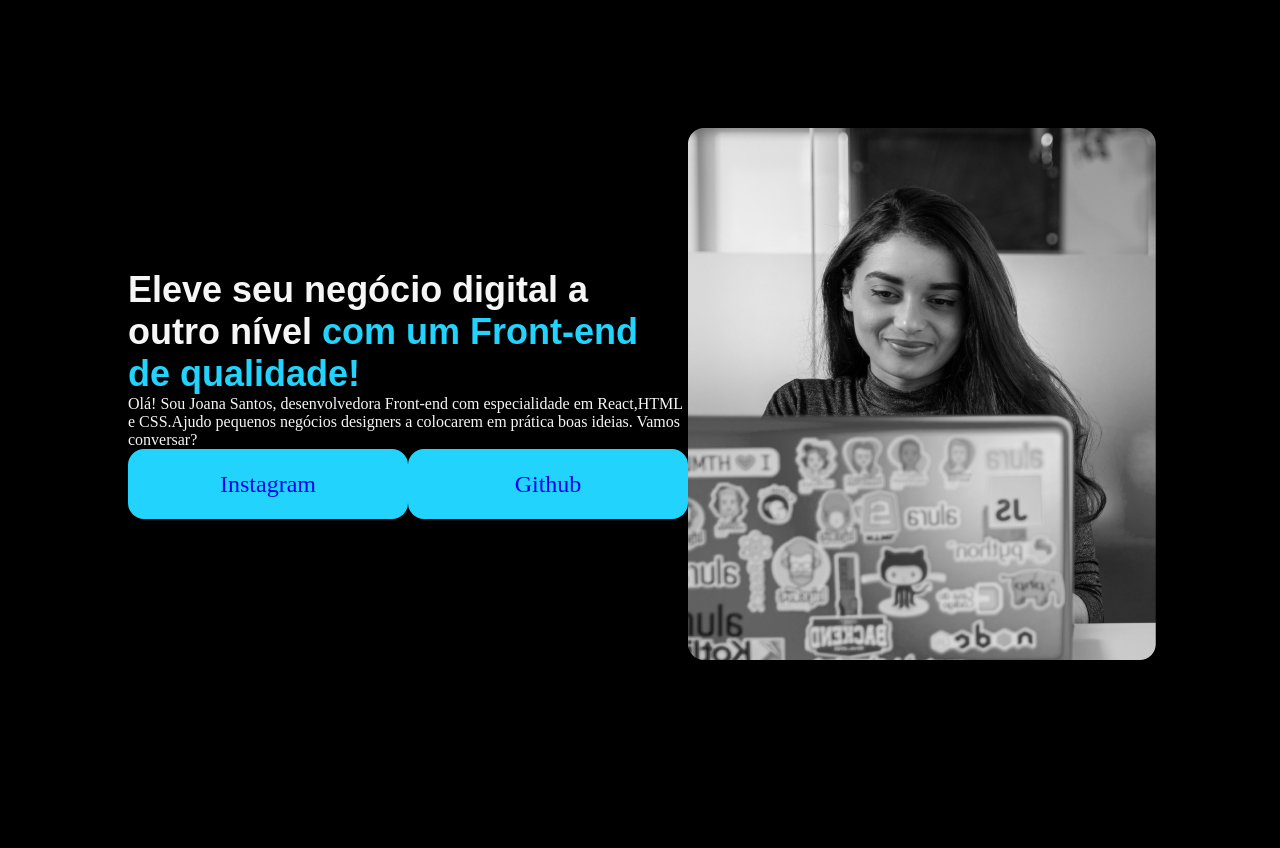
Repository: YoungAkira/CursoHtmlCss
Page: index.html
An editor plug-in stored every save of this project. The page is shown before and after the next save, followed by the edit.
The browser window is 1280 px wide. The pictures show the whole page.
Some web fonts or font styles are not loaded; a fallback is used.

Above is the page before, as saved 2023-05-13 12:30:10.

After the next save:
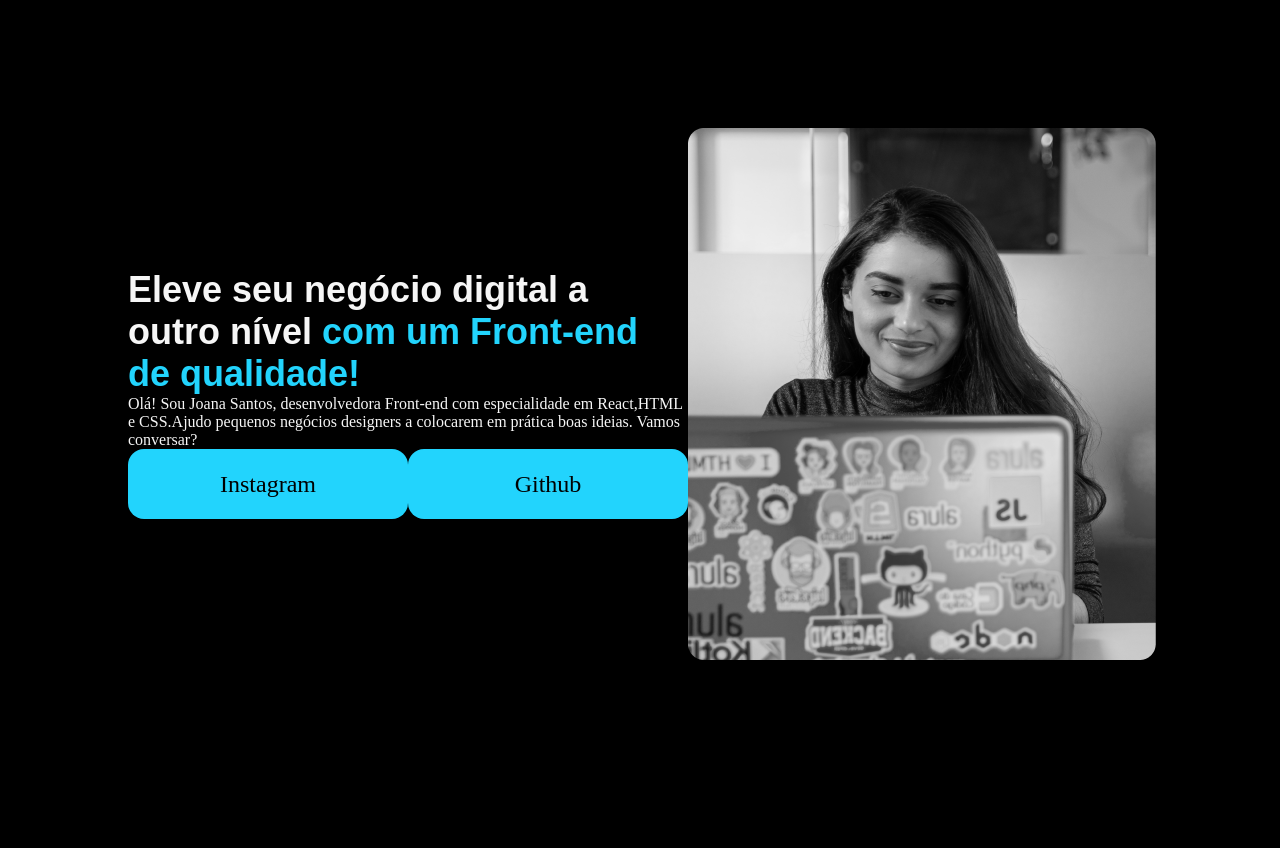
Saved 27 s later.
--- a/style.css
+++ b/style.css
@@ -59,4 +59,5 @@
     font-size: 24px;
     padding: 21.5px 0;
     text-decoration: none;
+    color :black
 }

After the save that followed:
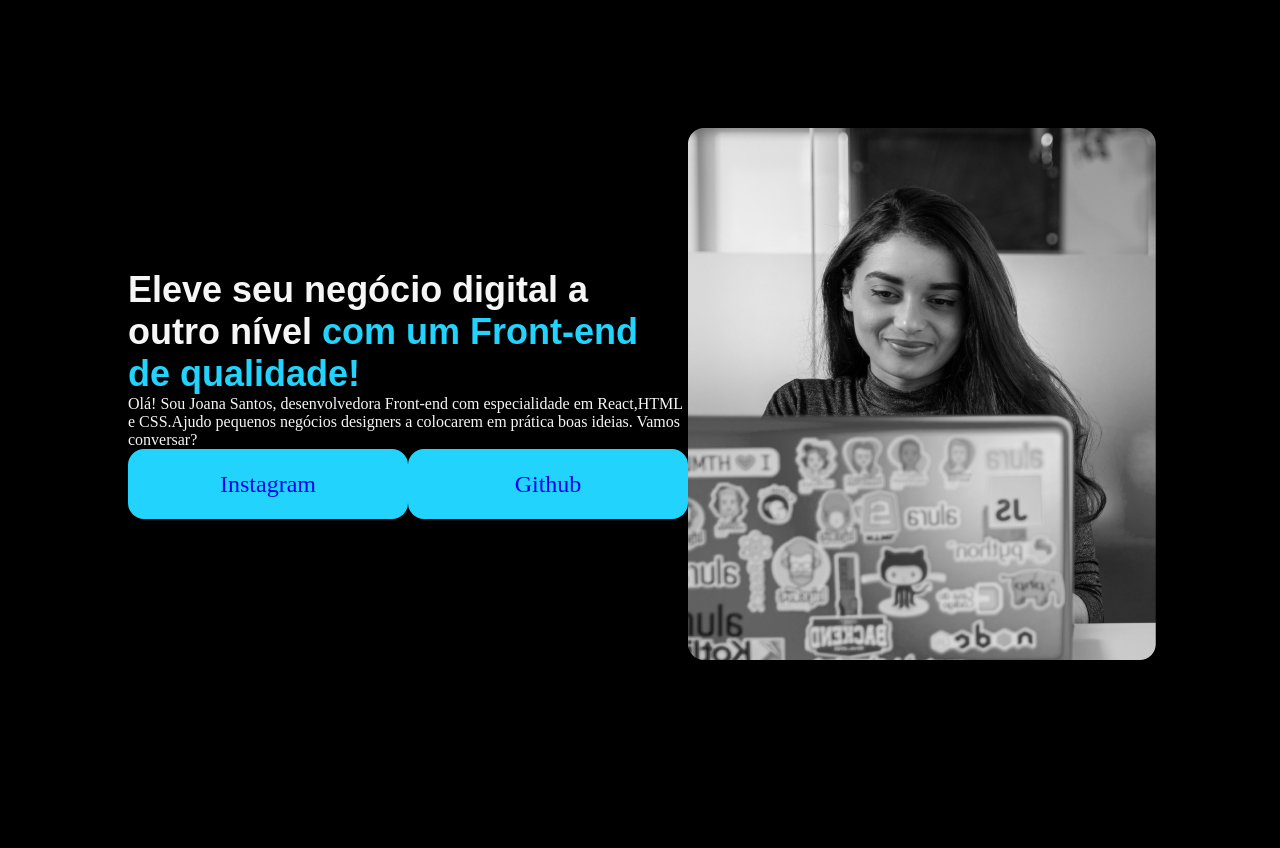
Saved 32 s later.
--- a/style.css
+++ b/style.css
@@ -41,7 +41,7 @@
 
 apresentacao_conteudo_texto{
     font-size: 24px;
-    font-family: 'Montserrat', sans-serif;
+    font-family: 'Montserrat',sans-serif;
 }
 
 
@@ -60,4 +60,5 @@
     padding: 21.5px 0;
     text-decoration: none;
     color :black
+    font-family:
 }
